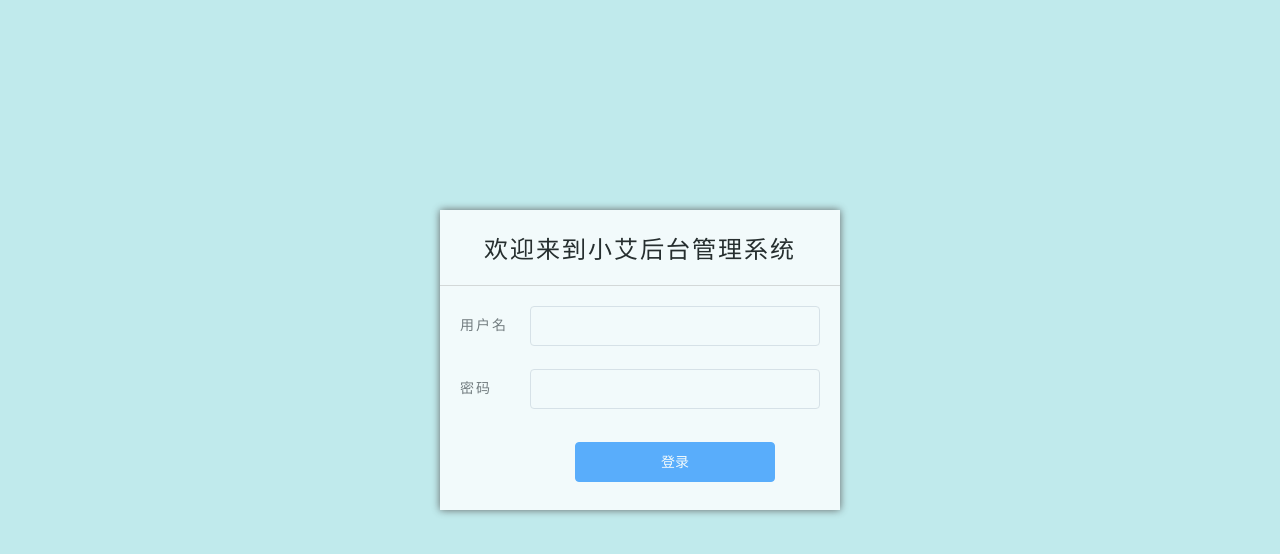
Repository: noob-injoker/router-slots-cw-ee
Page: /Login
An editor plug-in stored every save of this project. The page is shown before and after the next save, followed by the edit.
The browser window is 1280 px wide. The pictures show the whole page.
The project was rebuilt for these pictures with package versions that can differ from the ones it lists, and the page was loaded fresh each time. Also part of the build but not shown: vue.config.js, src/views/Home.vue, src/views/Layout.vue.

Above is the page before, as saved 2020-08-29 21:21:46.

### src/main.js
import Vue from 'vue'
import App from './App.vue'
import router from './router'
import store from './store'
import './bus'
import ElementUI from 'element-ui'
import 'element-ui/lib/theme-chalk/index.css'

Vue.use(ElementUI)

Vue.config.productionTip = false

new Vue({
  router,
  store,
  render: h => h(App)
}).$mount('#app')

### src/App.vue
<template>
<div id="app">

  <router-view />

</div>
</template>

<style>
@import './styles/styles.scss';
@import './styles/common.scss';
</style>

### src/router/index.js
import Vue from 'vue'
import VueRouter from 'vue-router'
import Home from '../views/Home.vue'
import Layout from '../views/Layout.vue'

Vue.use(VueRouter)

  const routes = [
    {
      path: '/',
      name: 'Layout',
      component: Layout,
      children: [

        {
          path: '',
          name: 'Home',
          component: Home
        }
        // ,
        // {
        //   path: 'cata',
        //   name: 'cata',
        //   component: () => import('../views/cata.vue')
        // }
      ]

    },
    {
      path:'/Login',
      name:"Login",
      component: () => import('../views/Login.vue'),
      meta:{
        title:'登录'
      }
    },
  // ,
  // {
  //   path: '/about',
  //   name: 'About',
  //   // route level code-splitting
  //   // this generates a separate chunk (about.[hash].js) for this route
  //   // which is lazy-loaded when the route is visited.
  //   component: () => import(/* webpackChunkName: "about" */ '../views/About.vue')
  // }

]

const router = new VueRouter({
  mode: 'history',
  base: process.env.BASE_URL,
  routes
})

export default router

### src/store/index.js
import Vue from 'vue'
import Vuex from 'vuex'
import user from './user/user'

Vue.use(Vuex)

export default new Vuex.Store({
  state: {
    some:""
  },
  mutations: {
    setSome(state,data){
      state.some = data
    }
  },
  actions: {
  },
  modules: {
    user
  }
})

### src/bus/index.js
import Vue from 'vue'
const bus = new Vue()
Vue.prototype.$bus = bus

### src/styles/styles.scss
.username .el-form-item__label,.password .el-form-item__label{
    text-align: left;
}
.button-box .el-button--primary{
    width: 200px;
}

### src/styles/common.scss
*{
  margin: 0px;
  padding: 0px;
}

.df{
  display: flex;
}
.f-1{
  flex: 1;
}
.j-center{
  display: flex;
  justify-content: center;

}
.j-bettween{
  display: flex;
  justify-content: space-between;

}
.j-around{
  display: flex;
  justify-content: space-around;
}
.j-end{
  display: flex;
  justify-content: flex-end;
}
.a-center{
  align-items: center;
}
.f-column{
  display: flex;
  flex-direction: column;
}
.p-r{
  position: relative;
}
.p-a{
  position: absolute;
}

.r1{
  border: 1px solid red;
}
.y1{
  border: 1px solid yellow;
}
.b1{
  border: 1px solid black;
}

.l-height32{
  line-height: 32px;
}
.w100{

  width: 100%;

}
.t-center{
  text-align: center;

}
.f12{
  font-size: 12px;
}

.w1170{
  width: 1170px;
}
.h100{
  height: 100px;
}
.h70{
  height: 70px;
}
.h436{
  height: 436px;
}
.h350{
  height: 350px;
}
.w1070{
  width: 1070px;
}
.h1590{
  height: 1590px;
}
.h726{
  height: 726px;
}
.w1054{
  width: 1054px;
}
.h160{
  height: 160px;
}
.w732{
  width: 732px;
}
.b2{
  border: 2px solid black;
}
.h434{
  height: 434px;

}
.h600{
  height: 600px;
}
.w1078{
  width: 1078px;
}
.h362{
  height: 362px;
}
.fs16{
  font-size: 16px;
}
.w652{
  width: 652px;

}
.h82{
  height: 82px;
}
.w1064{
  width: 1064px;
}
.h352{
  height: 352px;
}
.w286{
  width: 286px;
}
.h22{
  height: 22px;
}
.w290{
  width: 290px;
}
.h330{
  height: 330px;
}
.mt40{
  margin-top: 40px;
}
.h724{
  height: 724px;
}
.h630{
  height: 630px;

}
.w1058{
  width: 1058px;
}
.h160{
  height: 160px;
}
.w290{
  width: 290px;
}
.w738{
  width: 738px;
}
.w1170{
  width: 1170;
}
.h468{
  height: 468px;
}
.mt20{
  margin-top: 20px;
}
.h318{
  height: 318px;
}
.w652{
  width: 652px;
}
.w370{
  width: 370px;
}
.h314{
  height: 314px;
}
.g1{
  border: 1px solid gray;
}
.w146{
  width: 146px;
}
.box_content3_pic img{
  width: 100%;
  height: 100%;
}
.w488{
  width: 488px;
}
.h420{
  height: 420px;
}
.h234{
  height: 234px;
}
.w950{
  width: 950px;
}
.h68{
  height: 68px;
}
.w124{
  width: 124px;
}
.h50{
  height: 50px;
}
.w190{
  width: 190px;
}
.h44{
  height: 44px;
}
.w184{
  width: 184px;
}
.h32{
  height: 32px;
}
.h400{
  height: 400px;
}
.w1200{
  width: 1200px;
}
.w950{
  width: 950px;

}
.h630{
  height: 630px;
}
.h188{
  height: 188px;
}
.h380{
  height: 380px;
}
.h335{
  height: 335px;
}
.h138{
  height: 138px;
}
.w238{
  width: 238px;
}
.h668{
  height: 668px;
}
.h446{
  height: 446px;
}
.w460{
  width: 460px;
}
.w140{
  width: 140px;
}
.h140{
  height: 140px;
}
.w320{
  width: 320px;
}
.w950{
  width: 950px;

}
.h498{
  height: 498px;
}
.h100{
  height: 100px;
}
.h398{
  height: 398px;
}
.mb10{
  margin-bottom: 10px;
}
.w358{
  width: 358px;
}
.w440{
  width: 440px;
}
.w119{
  width: 119px;
}
.h30{
  height: 30px;
}
.w59{
  width: 59px;
}
.h88{
  height: 88px;
}
.w1000{
  width: 1000px;
}
.height{
  height: 460px;
}
.w120{
  width: 120px;
}
.h70{
  height: 70px;
}
.fs12{
  font-size: 12px;
}
.fs14{
  font-size: 14px;
}
.h509{
  height: 509px;
}
.w644{
  width: 644px;
}
.w274{
  width: 274px;
}
.w162{
  width: 274px;
}
.h104{
  height: 104px;
}
.w450{
  width: 450px;
}
.w162{
  width: 162px;
}
.h38{
  height: 38px;
}
.h40{
  height: 40px;
}
.w276{
  width: 276px;
}
.h320{
  height: 320px;
}
.w274{
  width: 274px;

}
.h76{
  height: 76px;
}
.h84{
  height: 84px;
}
.h140{
  height: 140px;
}
.h72{
  height: 72px;
}
.h80{
  height: 80px;
}
.h140{
  height: 140px;
}
.w98{
  width: 98px;
}
.w172{
  width: 172px;
}
.h310{
  height: 310px;
}
.h150{
  height: 150px;
}
.h40{
  height: 40px;
}
.pr{
  position: relative;
}
.pa{
  position: absolute;
}
.h176{
  height: 176px;
}
.w920{
  width: 920px;
}
.h122{
  height: 122px;
}
.h145{
  height: 145px;
}
.h108{
  height: 108px;
}
.h48{
  height: 48px;
}
.w612{
  width: 612px;
}
.h36{
  height: 36px;
}
.w322{
  width: 322px;
}
.w1002{
  width: 1002px;
}
.h98{
  height: 98px;
}
.h44{
  height: 44px;
}

.h328{
  height: 328px;
}
.w670{
  width: 670px;
}
.w258{
  width: 258px;
}
.h368{
  height: 368px;
}
.h308{
  height: 308px;
}
.w332{
  width: 332px;
}
.h590{
  height: 590px;
}
.h466{
  height: 466px;
}
.w242{
  width: 242px;
}
.w732{
  width: 732px;
}
.h42{
  height: 42px;
}
.w420{
  width: 420px;
}
.w270{
  width: 270px;
}
.w730{
  width: 730px;
}
.h150{
  height: 150px;
}
.w270{
  width: 270px;
}
.h120{
  height: 120px;
}
.w420{
  width: 420px;
}

.h150{
  height: 150px;
}
.w244{
  width: 244px;

}
.h276{
  height: 276px;
}
.h42{
  height: 42px;
}
.h490{
  height: 490px;
}
.f1{
  flex: 1;
}
.f5{
  flex: 5;
}
.h64{
  height: 64px;
}
.m-l-20{
  margin-left: 20px;
}
.p-l-8{

  padding-left: 8px;
}
.cw{
  color: white;
}
.bg_blue{
  background: rgb(87, 87, 128);
}
.p10{
  padding:10px;
}
.m-t-40{
  margin-top: 40px;
}
.m-t-10{
  margin-top: 10px;
}
.wb20{
  width: 20%;
}
.wb24{
  width: 24%;
}
.hb30{
  height: 30%;
}
.h60{
  height: 60px;
}
.fs22{
  font-size: 40px;
}
.h50{
  height: 50px;
}
.w200{
  width: 200px;
}
.m-t-10{
  margin-top: 10px;
}
.fw7{
  font-weight: 700;
}
.w200{
  width: 200px;
}
.h200{
  height: 200px;
}
.h602{
  height: 602px;
}
.h608{
  height: 607px;
}
.m-l-r-20{
  margin-left: 20px;
  margin-right: 20px;
}
.bgwhite{
  background: white;
}
.fixed{
  position: fixed;
}
.m-l-r-15{
  margin-left: 15px;
  margin-right: 15px;
}
.m-l-10{
  margin-left: 10px;
}
.m-t-15{
  margin-top:15px
}
.h40{
  height: 40px;
}
.bgw{
  background: white;
}
.h30{
  height: 30px;
}
.wb100{
  width: 100%;
}
.w300{
  width: 400px;
}
.h40{
  height: 40px;
}
.m-b-20{
  margin-bottom: 20px;
}
.m-t-20{
  margin-top: 20px;
}
.m-r-30{
  margin-right:30px;
}
.ccc{
  display: flex;
  align-items: center;
  justify-content: center;
}
.w00{
  width: 100%;

}
.h00{
  height: 100%;
}
.bgBlue{
  background: blue;
}
.bgBlack{
  background: black;
}
.bgGreen{
  background: green;
}

### src/views/Login.vue
<template>
<div class="box">

  <div class="login-box">
    <div class="title ">欢迎来到小艾后台管理系统</div>
    <div class="line"></div>

    <div class="form-box">
      <el-form :model="ruleForm" :rules="rules" ref="ruleForm" label-width="70px" class="demo-ruleForm">

        <div class="username">
          <el-form-item label="用户名" prop="用户名">
            <el-input v-model="ruleForm.username"></el-input>
          </el-form-item>
        </div>

        <div class="password">
          <el-form-item label="密码" prop="密码">
            <el-input type="password" v-model="ruleForm.password"></el-input>
          </el-form-item>
        </div>

        <el-form-item>

         <div class="button-box "> <el-button type="primary" @click="submitForm('ruleForm')">登录</el-button></div>

        </el-form-item>

      </el-form>
    </div>

  </div>
</div>
</template>

<script>
export default {
  name: '',
  props: {},
  components: {

  },
  data() {
    return {
      ruleForm: {
        username: '',
        password: "",
      },
      rules: {
        username: [{
            required: true,
            message: '请输入用户名',
            trigger: 'blur'
          },
          {
            min: 3,
            max: 5,
            message: '长度在 3 到 5 个字符',
            trigger: 'blur'
          }
        ],
        password: [{
            required: true,
            message: '请输入密码',
            trigger: 'blur'
          },
          {
            min: 3,
            max: 5,
            message: '长度在 3 到 5 个字符',
            trigger: 'blur'
          }
        ]
      }

    }
  },
  methods: {

    submitForm(formName) {
      this.$refs[formName].validate((valid) => {
        if (valid) {
          this.$store.dispatch('user/login', {
            username: this.ruleForm.username,
            password: this.ruleForm.password
          })
          alert('submit!');

        } else {
          console.log('error submit!!');
          return false;
        }
      });
    }

  },
  mounted() {

  },
  watch: {

  },
  computed: {

  }
}
</script>

<style lang="scss" scoped>
.button-box{
  margin-top: 10px;
  display: flex;
  justify-content: center;
}
.form-box{
  width: 360px;
}
.line {
  text-align: left !important;
}

.line {
  margin: 20px auto;
  width: 100%;
  height: 1px;
  background: rgb(216, 212, 212);
}

.title {
  margin-top: 20px;
  font-size: 24px;
}

.el-input__inner {
  background: white;
}

.box {
  letter-spacing: 2px;
  background: rgb(192, 234, 236);
  width: 100%;
  height: 100%;
  position: absolute;

}

.login-box {
  position: absolute;
  margin: auto;
  left: 0;
  right: 0;
  top: 0;
  bottom: 0;
  width: 400px;
  height: 300px;
  background: white;
  box-shadow: 0 0 8px rgb(75, 70, 70);
  display: flex;
  flex-direction: column;
  align-items: center;
  opacity: 0.8;

}
</style>

### src/store/user/user.js
import api from '../../http/api'
import router from '../../router'
import {Message} from 'element-ui'

export default {
  // 开启命名空间 这个文件就是单独的一个vuex的模块
  namespaced: true,
  state: {
    menus: []
  },
  mutations: {
    setMenus(state, data) {
      state.menus = data
    }
  },
  actions: {
    // 所有的请求都写在actions里面
    // action里面的方法可以传两个参数 第一个参数是整个store(vuex对象) 第二个参数是请求的参数
    async getMenus({commit}) {
      let res = await api.getMenus()
      if (res.meta.status === 200) {
        // 提交mutation
        commit('setMenus', res.data)
      }
    },
    async login({commit}, {username, password}) {
      console.log(commit);
      let res = await api.login({
        username,
        password
      })
      if (res.meta.status === 200) {
        // 存储信息
        localStorage.setItem('adminToken', res.data.token)
        localStorage.setItem('adminUser', JSON.stringify(res.data))
        // 跳转路由
        router.push('/Home')
        // 提示用户
        Message.success('登录成功')
      } else {
        Message.error(res.meta.msg)
      }
    }
    // getMenus() {
    //   api.getMenus().then().catch()
    // }
  },
}

### src/http/api.js
import service from './index'

export default {
  login({username, password}) {
    return service.post('/login', {
      username,
      password
    })
  },
  getMenus() {
    return service.get('menus')
  }
}

### src/http/index.js
import axios from 'axios'
import nprogress from 'nprogress'
import {Message} from 'element-ui'


// 运行环境: 本地环境:devlpment 和线上(生产)环境: production
const isPro = process.env.NODE_ENV === 'production'

// 创建一个axios的实例
const service = axios.create({
  // 基础路径: 需要根据当前的运行环境来判断
  baseURL: isPro ? '线上的接口路径' : '/api',
  // 超时时间
  timeout: 100000
})


// 请求拦截: 每一次发请求都会做的事情
service.interceptors.request.use((config) => {
  nprogress.start()
  // 前后端鉴权
  // jwt: JSON WEB TOKEN
  // 登录成功之后 后端会返回一个令牌
  let token = localStorage.getItem('adminToken')
  if (token) {
    // 需要在请求头当中添加token
    config.headers['Authorization'] = token
  }
  return config
}, err => {
  nprogress.done()
  return Promise.reject(err)
})


// 响应拦截: 每一次接口返回数据的时候都会做的事情
service.interceptors.response.use((res) => {
  nprogress.done()
  return res.data
}, err => {
  if (err.response && err.response.status) {
    // 错误请求的状态码
    let status = err.response.status
    if (status === 400) {
      Message.error('参数错误')
    }
    if (status === 401) {
      Message.error('登录过期,请重新登录')
    }
    if (status === 403) {
      Message.error('没有权限')
    }
    if (status === 404) {
      Message.error('接口路径错误')
    }
    if (status === 500) {
      Message.error('服务器出错')
    }
    if (status === 503) {
      Message.error('服务器在维护')
    }
  }
  return Promise.reject(err)
})


export default service

Loaded but not shown: public/index.html (common file)

After the next save:
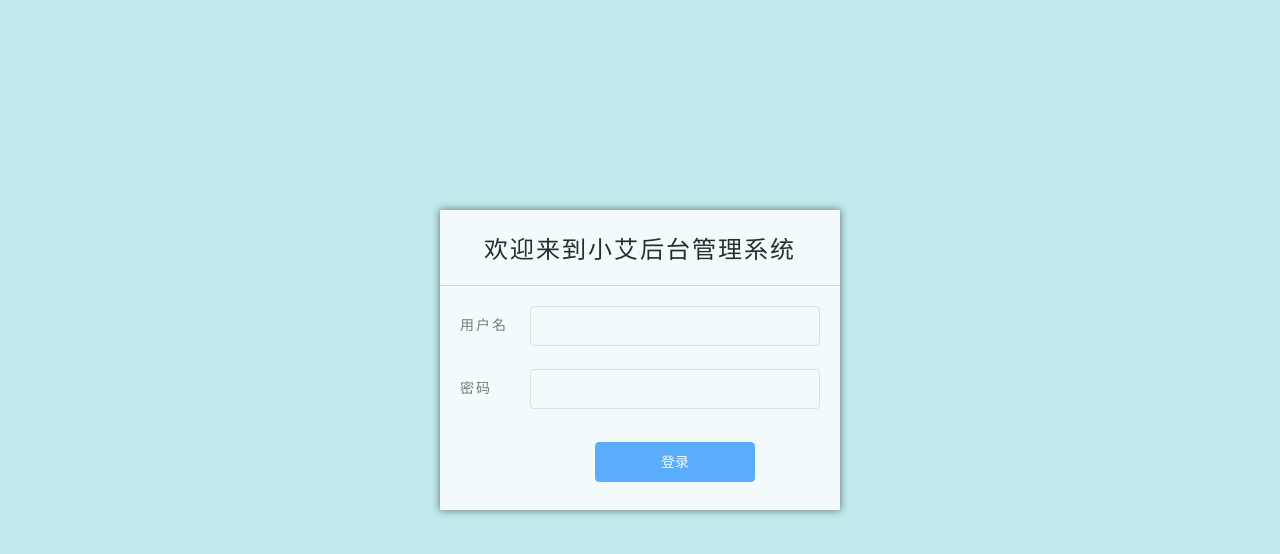
Saved 29 s later.
--- a/src/styles/styles.scss
+++ b/src/styles/styles.scss
@@ -2,5 +2,5 @@
     text-align: left;
 }
 .button-box .el-button--primary{
-    width: 200px;
+    width: 160px;
 }
